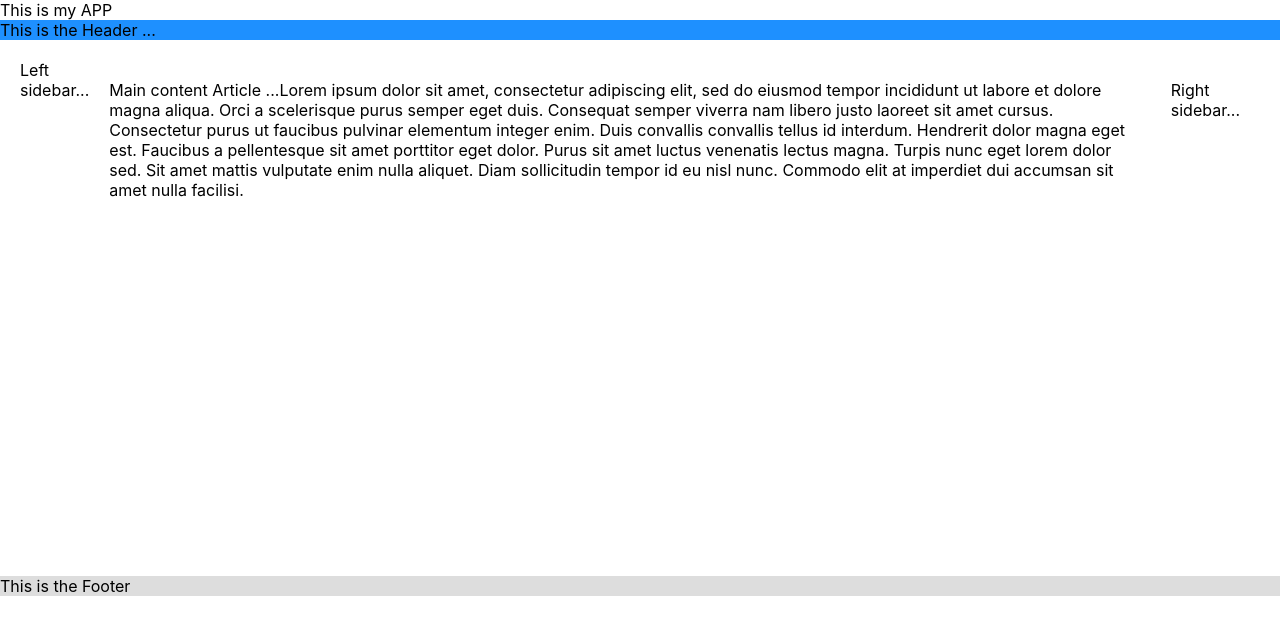
Repository: vnevescode/ui-components-react
Page: /
An editor plug-in stored every save of this project. The page is shown before and after the next save, followed by the edit.
The browser window is 1280 px wide. The pictures show the whole page.
The project was rebuilt for these pictures with package versions that can differ from the ones it lists, and the page was loaded fresh each time. Also part of the build but not shown: src/components/Cards/Cards.styles.css, src/components/Cards/Cards.jsx.

Above is the page before, as saved 2022-06-09 22:56:45.

After the next save:
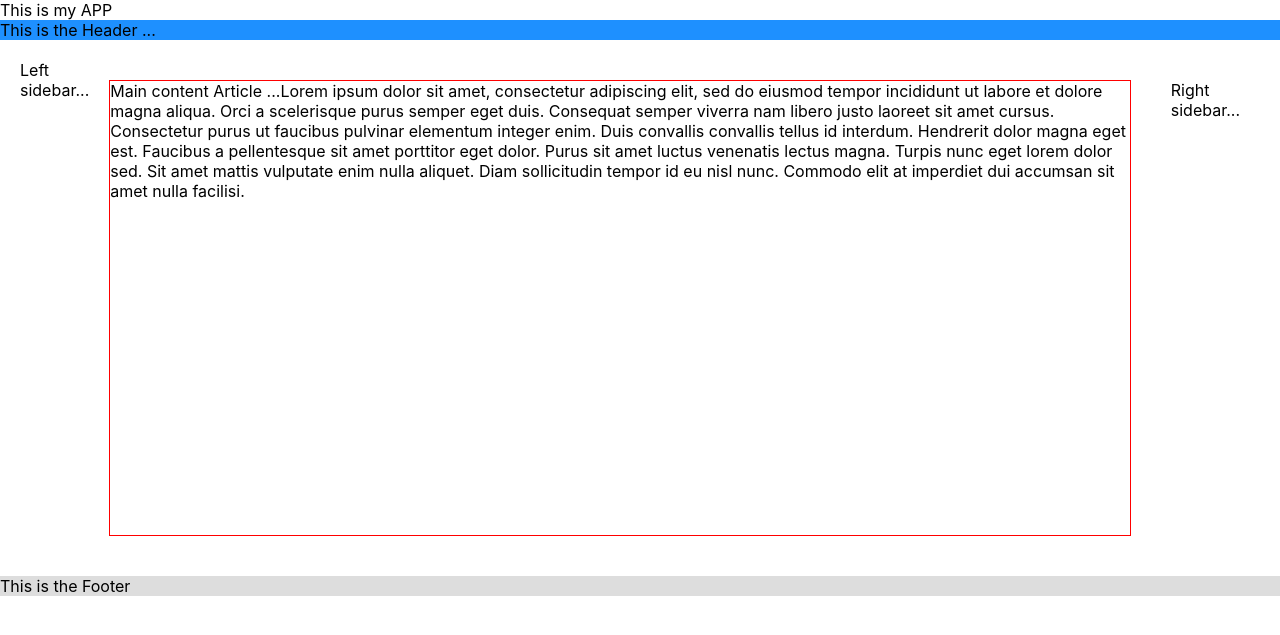
Saved 50 s later.
--- a/src/components/HolyGrailLayout/HolyGrailLayout.styles.css
+++ b/src/components/HolyGrailLayout/HolyGrailLayout.styles.css
@@ -23,7 +23,7 @@
         /* Take the remaining width */
         flex-grow: 1;
         margin: 20px;
-        border: '1px solid red';
+        border: 1px solid red;
     }
 
     .container__right{
